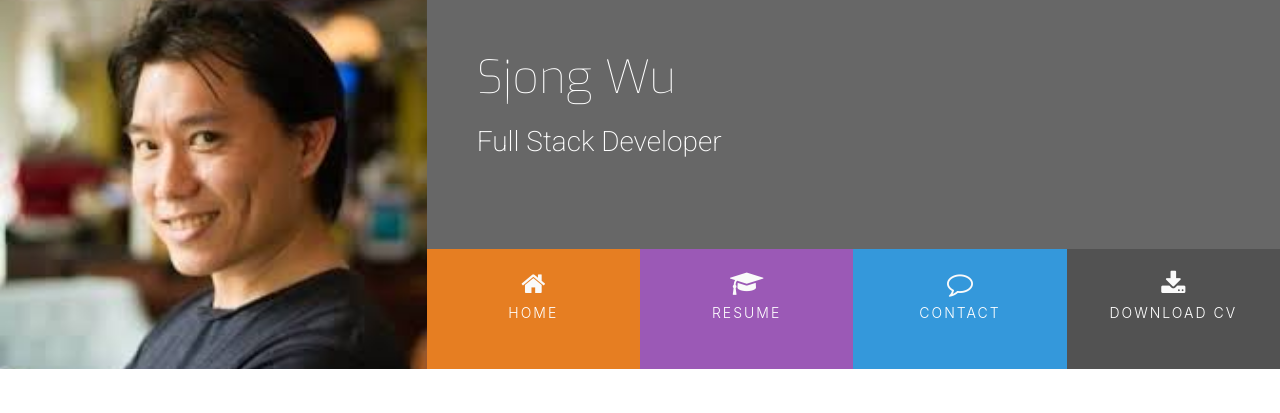
Repository: Scuzeme/codeinstitue-resume-project
Page: index.html
The author's editor kept a record of every edit. The page is drawn from the files as they stood at one moment, then again after the next edit.
The browser window is 1280 px wide. The pictures show the whole page.
Some web libraries are served in a nearby version.

Above is the page before.

After the next edit:
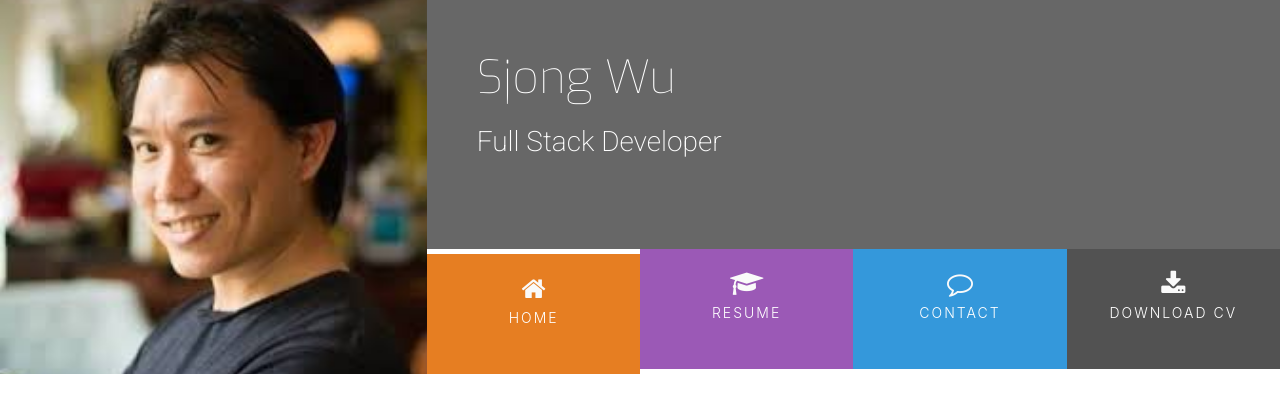
The edit:
--- a/index.html
+++ b/index.html
@@ -25,7 +25,7 @@
                     <div class="col">
                         <ul id="nav" class="list-inline menucontainer">
                             <li class="col-6 col-sm-3 ui-menu-color-home list-inline-item menuitem">
-                                <a href="#"><i class="fa fa-home" aria-hidden="true"></i><span>Home</span></a>
+                                <a href="#" class="hvr-sweep-to-bottom"><i class="fa fa-home" aria-hidden="true"></i><span>Home</span></a>
                             </li>
                             <li class="col-6 col-sm-3 ui-menu-color-resume list-inline-item menuitem">
                                 <a href="#"><i class="fa fa-graduation-cap" aria-hidden="true"></i><span>Resume</span></a>
